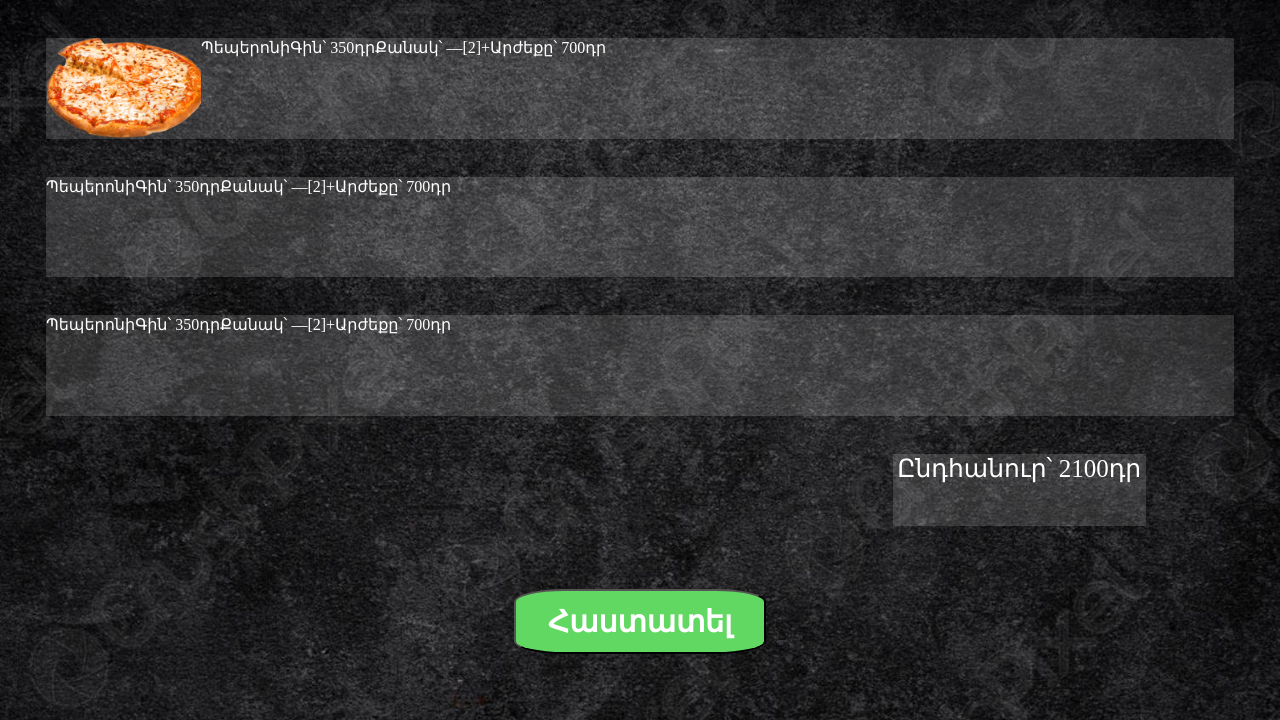
Repository: NarekTovmasyan/PizzaManue
Page: public/basket.html
These files come from the project's save history. The page is drawn as it stood at one moment and after the next save; the edit follows.
The browser window is 1280 px wide. The pictures show the whole page.

Above is the page before, as saved 2022-01-20 14:47:09.

### public/basket.html
<!DOCTYPE html>
<html lang="en">
<head>
    <meta charset="UTF-8">
    <meta http-equiv="X-UA-Compatible" content="IE=edge">
    <meta name="viewport" content="width=device-width, initial-scale=1.0">
    <link rel="stylesheet" href="basket.css">
    <title>BASKET</title>

</head>
<body>
    <div class= "main">
        <div class ="prop">
            <div class="pizza1Img"></div>
            <div>Պեպերոնի</div>
            <div>Գին՝ 350դր</div>
            <div>Քանակ՝ —[2]+ </div>
            <div>Արժեքը՝ 700դր</div>
            <div></div>
         </div>
        <div class ="prop">
            <div class="pizza2Img"></div>
            <div>Պեպերոնի</div>
            <div>Գին՝ 350դր</div>
            <div>Քանակ՝ —[2]+ </div>
            <div>Արժեքը՝ 700դր</div>
            <div></div>
        </div>
        <div class ="prop">
            <div class="pizza3Img"></div>
            <div>Պեպերոնի</div>
            <div>Գին՝ 350դր</div>
            <div>Քանակ՝ —[2]+ </div>
            <div>Արժեքը՝ 700դր</div>
            <div></div>
        </div>
        <div class ="sum">Ընդհանուր՝ 2100դր</div>
         <button class = "confirm">Հաստատել</button>
    </div>
</body>
</html>

### public/basket.css
body {
    background-image: url(./images/background.jpg);
    background-repeat: no-repeat;
    background-size: cover;
  }
 .main{
      width: 100%;
      height: 80vh;
}
.prop{
  background-color: rgba(255, 255, 255, 0.144) ;
  width: 94%;
  height: 14vh;
  margin-top: 3%;
  margin-left: 3%;
  display: flex;
  color:white ;
}
.prop > div{

    align-items: center;
}
.sum{
    background-color: rgba(255, 255, 255, 0.144) ;
    width: 20%;
    height: 10vh;
    margin-top: 3%;
    margin-left: 70%;
    font-size: 25px;
    font-weight: 500;
    text-align:center;
    color:white;
}

.confirm{
    background-color:rgb(97, 216, 97);
    height: 9vh;
    width: 20%;
    border-radius:20%;
    text-align:center;
    font-size: 30px;
    font-weight: 700;
    margin-left:40%;
    margin-top: 5%;
    color:white;
    cursor: pointer;
}
.confirm:hover {
    background-color: rgb(216, 250, 216);
    color: black
  }
.pizza1Img{
    background-image: url(./images/pizza1.png);
    height:100px;
    width: 155px;
    background-size: cover;
}

After the next save:
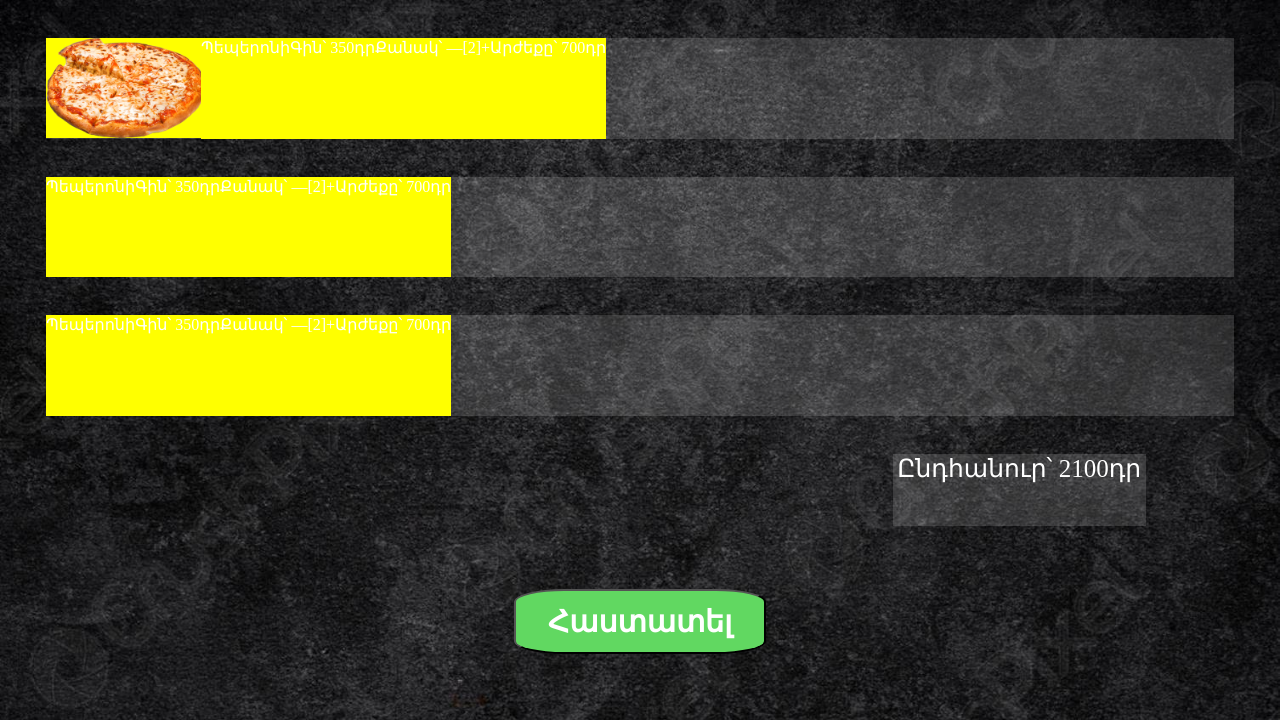
Saved 34 s later.
--- a/public/basket.css
+++ b/public/basket.css
@@ -18,7 +18,7 @@ body {
 }
 .prop > div{
 
-    align-items: center;
+     background-color: yellow;
 }
 .sum{
     background-color: rgba(255, 255, 255, 0.144) ;
